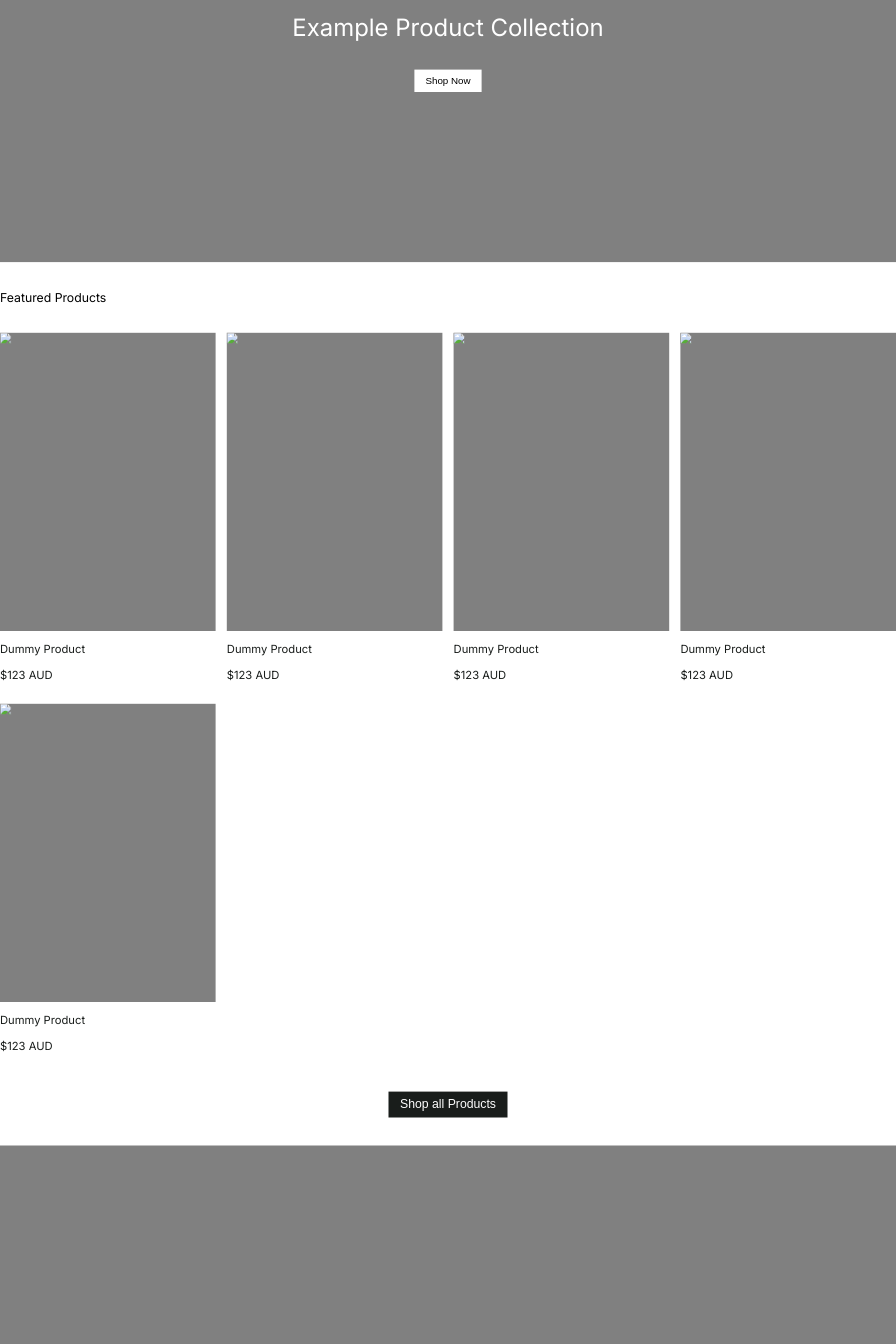
Repository: David-Waite/ecommercefrontendTemplate
Page: /
These files come from the project's save history. The page is drawn as it stood at one moment and after the next save; the edit follows.
The browser window is 1280 px wide. The pictures show the part of the page from y = 338 to 2258 px (the page is 2615 px tall), at 70% of full size.
The project was rebuilt for these pictures with package versions that can differ from the ones it lists, and the page was loaded fresh each time. The framework's server and built-in components were replaced by stand-ins that run in the browser. Also part of the build but not shown: next.config.js.

Above is the page before, as saved 2023-08-24 20:35:06.

### app/layout.js
import Nav from "./Components/Nav/Nav";
import "./globals.css";
import { Inter } from "next/font/google";

const inter = Inter({ subsets: ["latin"] });

export const metadata = {
  title: "Create Next App",
  description: "Generated by create next app",
};

export default function RootLayout({ children }) {
  return (
    <html lang="en">
      <body className={inter.className}>
        <Nav />
        {children}
      </body>
    </html>
  );
}

### app/page.js
import Image from "next/image";
import styles from "./page.module.css";
import Link from "next/link";
import PrimaryButton from "./Components/UI/PrimaryButton/PrimaryButton";
import ProductGrid from "./Components/UI/ProductsGrid/ProductGrid";
import ProductCard from "./Components/UI/ProductCard/ProductCard";

export default function Home() {
  const DUMMYFEATUREDPRODUCTS = [
    {
      id: "1",
      image: "",
      name: "Dummy Product",
      price: 123.0,
    },
    {
      id: "2",
      image: "",
      name: "Dummy Product",
      price: 123.0,
    },
    {
      id: "3",
      image: "",
      name: "Dummy Product",
      price: 123.0,
    },
    {
      id: "4",
      image: "",
      name: "Dummy Product",
      price: 123.0,
    },
    {
      id: "5",
      image: "",
      name: "Dummy Product",
      price: 123.0,
    },
  ];

  const featuredProducts = DUMMYFEATUREDPRODUCTS.map(
    ({ id, image, name, price }) => {
      return (
        <ProductCard
          key={id}
          image={image}
          name={name}
          price={price}
          id={id}
          fontSize={"var(--fontMinus1)"}
        />
      );
    }
  );
  return (
    <main className={styles.main}>
      <div className={styles.heroImage}>
        <h1>Example Product Collection</h1>
        <Link href={"#"}>
          <PrimaryButton text={"Shop Now"} />
        </Link>
      </div>

      <div className={styles.featuredProductsContainer}>
        <h2 className={styles.featuredProductHeading}>Featured Products</h2>
        <ProductGrid>{featuredProducts}</ProductGrid>
      </div>
      <div className={styles.shopAllProductsBtn}>
        <PrimaryButton
          text={"Shop all Products"}
          dark={true}
          fontSize={"var(--fontBase)"}
        />
      </div>

      <div className={styles.imageCollage}></div>
    </main>
  );
}

### app/Components/Nav/Nav.js
"use client";
import Link from "next/link";
import { useState } from "react";
import {
  PiMagnifyingGlassLight,
  PiBag,
  PiListLight,
  PiXLight,
} from "react-icons/pi";
import styles from "./Nav.module.css";

export default function Nav() {
  const [navOpen, setNavOpen] = useState(false);

  function toggleMenu() {
    setNavOpen((prev) => !prev);
  }
  return (
    <nav className={styles.nav}>
      <div className={styles.menu} onClick={toggleMenu}>
        {!navOpen && <PiListLight fontSize={24} />}
        {navOpen && <PiXLight fontSize={24} />}
      </div>

      <div className={styles.moblieMenu} style={{ width: !navOpen && "0" }}>
        <Link href="/">Home</Link>
        <Link href="#">Catalog</Link>
        <Link href="#">Contact</Link>
      </div>
      <div className={styles.linksContainer}>
        <Link className={styles.logo} href="/">
          Logo
        </Link>
        <div className={styles.pagesContainer}>
          <Link href="/">Home</Link>
          <Link href="#">Catalog</Link>
          <Link href="#">Contact</Link>
        </div>
      </div>
      <div className={styles.iconsContainer}>
        <Link href="#">
          <PiMagnifyingGlassLight fontSize={26} />
        </Link>
        <Link href="#">
          <PiBag fontSize={26} />
        </Link>
      </div>
    </nav>
  );
}

### app/globals.css
:root {
  --primary: ;
  --black: #191d1b;
  --background: #ffffff;
  --white: #ffffff;
  --grey: #606060;
  --hoverGrey: #c5c5c5;
  --error: #a83c23;
  --max-width: 1500px;
  --fontBase: 17.5px;
  --fontPlus1: 21.88px;
  --fontPlus2: 27.34px;
  --fontPlus3: 34.18px;
  --fontMinus1: 14px;
  --fontMinus2: 11.2px;
  --marginMax: 40px;
  --margin1000: 32px;
  --marginMobile: 16px;
}

* {
  padding: 0;
  margin: 0;
  box-sizing: border-box;
}

### app/page.module.css
.main {
  margin: 0px auto;
}
.heroImage {
  padding: 0px 40px;
  max-width: calc(var(--max-width) + 80px);
  width: 100%;
  height: 600px;
  background-color: grey;
  display: flex;
  gap: 40px;
  flex-direction: column;
  align-items: center;
  justify-content: center;
}

.heroImage h1 {
  font-size: var(--fontPlus3);
  font-weight: 400;
  color: white;
}

.featuredProductsContainer {
  margin: 40px 0;
  display: flex;
  flex-direction: column;
  gap: 40px;
}

.shopAllProductsBtn {
  display: flex;
  margin: 40px 0;
  justify-content: center;
}

.featuredProductHeading {
  font-size: var(--fontBase);
  font-weight: 400;
}

.imageCollage {
  height: 600px;

  width: 100%;

  left: 0;
  margin-bottom: 40px;
  background-color: grey;
}
@media (max-width: 1000px) {
  .main {
    padding: 0px var(--margin1000);
  }
}
@media (max-width: 768px) {
  .main {
    padding: 0px var(--marginMobile);
  }
}

### app/Components/UI/PrimaryButton/PrimaryButton.js
import styles from "./PrimaryButton.module.css";

export default function PrimaryButton({ text, fontSize, dark }) {
  return (
    <button
      className={`${styles.container} ${dark && styles.dark}`}
      style={{
        fontSize: fontSize,
      }}
    >
      {text}
    </button>
  );
}

### app/Components/UI/ProductsGrid/ProductGrid.js
import styles from "./ProductGrid.module.css";
export default function ProductGrid({ children }) {
  return <div className={styles.main}>{children}</div>;
}

### app/Components/UI/ProductCard/ProductCard.js
import Image from "next/image";
import Link from "next/link";
import styles from "./ProductCard.module.css";

export default function ProductCard({ image, name, price, id }) {
  return (
    <Link href={`/catalog/product${id}`} className={styles.main}>
      <div className={styles.imageContainer}>
        <Image src={image} fill={true} alt={name} />
      </div>
      <div className={styles.infoContainer}>
        <p className={styles.name}>{name}</p>
        <p className={styles.price}>${price} AUD</p>
      </div>
    </Link>
  );
}

### app/Components/Nav/Nav.module.css
.nav {
  display: flex;
  align-items: center;
  justify-content: space-between;
  margin: 0px auto;
  padding: 40px;
  max-width: calc(var(--max-width) + 80px);
  position: relative;
}

.linksContainer {
  display: flex;
  align-items: center;
  justify-content: center;
  gap: 40px;
}

.pagesContainer {
  display: flex;
  gap: 24px;
}

.pagesContainer {
  font-size: var(--fontMinus1);
}

.iconsContainer {
  display: flex;
  gap: 16px;
}
.nav a {
  text-decoration: none;
  color: var(--black);
}

.logo {
  font-size: var(--fontPlus2);
}
.moblieMenu {
  position: absolute;
  flex-direction: column;
  width: 400px;
  left: 0;
  top: 113px;
  height: calc(100vh - 113px);
  transition: 0.3s;
  overflow: hidden;
}
.moblieMenu a {
  padding: 16px 32px;
}

.moblieMenu a:hover {
  background-color: var(--hoverGrey);
}
.menu,
.moblieMenu {
  display: none;
}
@media (max-width: 1000px) {
  .nav {
    padding: 40px var(--margin1000);
  }
  .pagesContainer {
    display: none;
  }
  .menu {
    display: block;
  }
  .moblieMenu {
    display: flex;
  }
  .logo {
    margin-left: 42px;
  }
}
@media (max-width: 768px) {
  .nav {
    padding: 40px var(--marginMobile);
  }
  .moblieMenu {
    width: 90vw;
  }
}

### app/Components/UI/PrimaryButton/PrimaryButton.module.css
.container {
  background-color: var(--white);
  padding: 8px 16px;
  border: none;
  cursor: pointer;
  font-size: var(--fontMinus1);
}

.dark {
  background-color: var(--black);
  color: var(--white);
}

.container:hover {
  background-color: var(--hoverGrey);
}

### app/Components/UI/ProductsGrid/ProductGrid.module.css
.main {
  display: grid;
  grid-template-columns: repeat(5, 1fr);

  gap: 40px;
}

@media (max-width: 1500px) {
  .main {
    grid-template-columns: repeat(4, 1fr);
    gap: 16px;
  }
}

@media (max-width: 1000px) {
  .main {
    grid-template-columns: repeat(2, 1fr);
    gap: 32px;
  }
}

@media (max-width: 778px) {
  .main {
    gap: 8px;
  }
}

### app/Components/UI/ProductCard/ProductCard.module.css
.imageContainer {
  height: calc((((1500px - 160px) / 5) * 1.5));
  position: relative;
  /* (total view width / amount of padding total (container + total gap)) / amount of col - 3 * 2) */
  background-color: grey;
}

.main {
  text-decoration: none;
}

.infoContainer {
  display: flex;
  flex-direction: column;
  gap: 16px;
  margin: 16px 0;
  color: var(--black);
}

@media (max-width: 1500px) {
  .imageContainer {
    height: calc((100vw - 64px - (var(--marginMax) * 2)) / 4 * 1.5);
    /* (total view width / amount of padding total (container + total gap)) / amount of col - 3 * 2) */
  }
}

@media (max-width: 1000px) {
  .imageContainer {
    height: calc((100vw - 32px - (var(--margin1000) * 2)) / 2 * 1.5);
    /* (total view width / amount of padding total (container + total gap)) / amount of col - 3 * 2) */
  }
}

@media (max-width: 778) {
  .imageContainer {
    height: calc((100vw - 8px - (var(--marginMobile) * 2)) / 2 * 1.5);
    /* (total view width / amount of padding total (container + total gap)) / amount of col - 3 * 2) */
  }
}

After the next save:
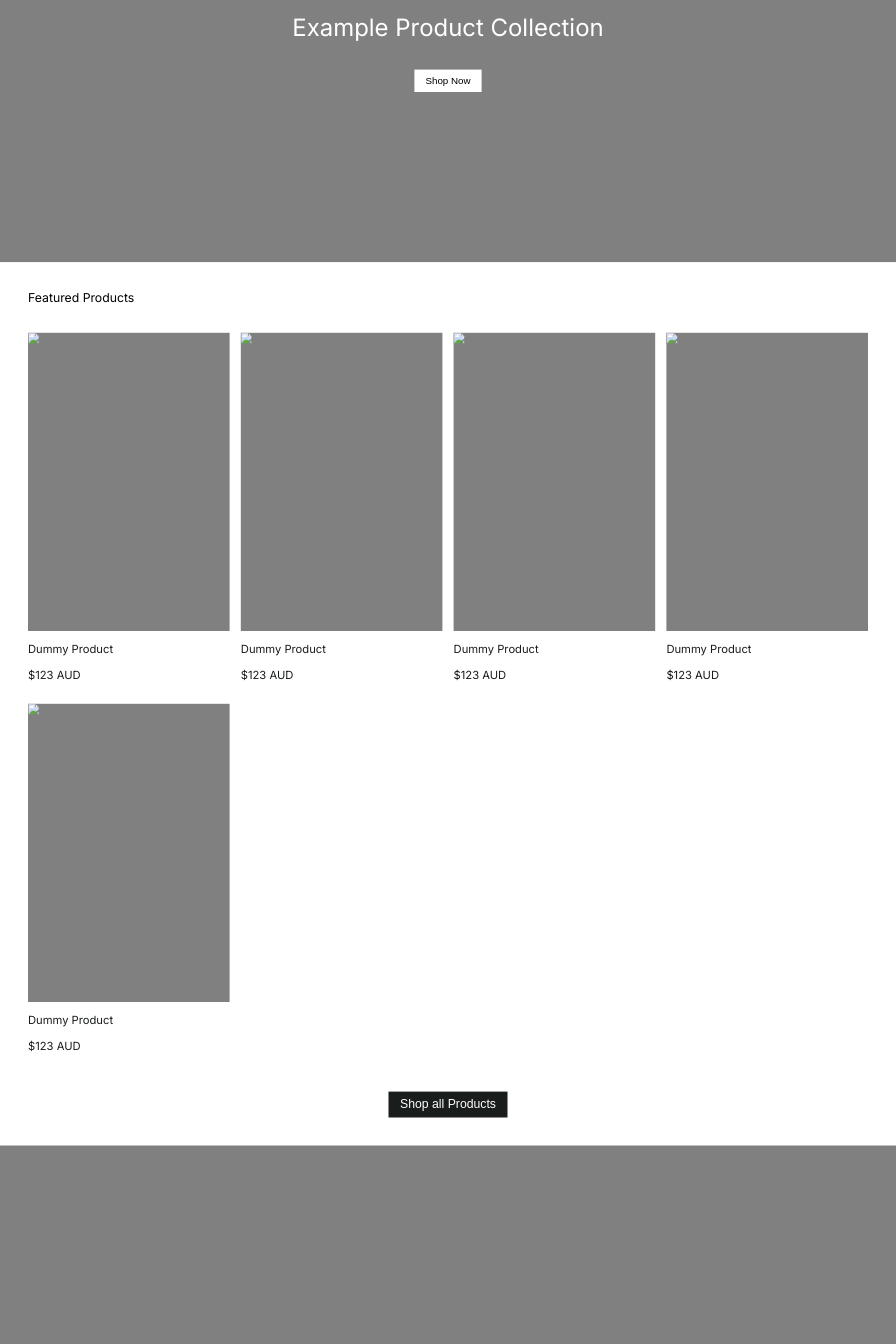
Saved 6 s later.
--- a/app/page.module.css
+++ b/app/page.module.css
@@ -21,6 +21,8 @@
 }
 
 .featuredProductsContainer {
+  padding: 0px 40px;
+  max-width: calc(var(--max-width) + 80px);
   margin: 40px 0;
   display: flex;
   flex-direction: column;

After the 3 saves that followed:
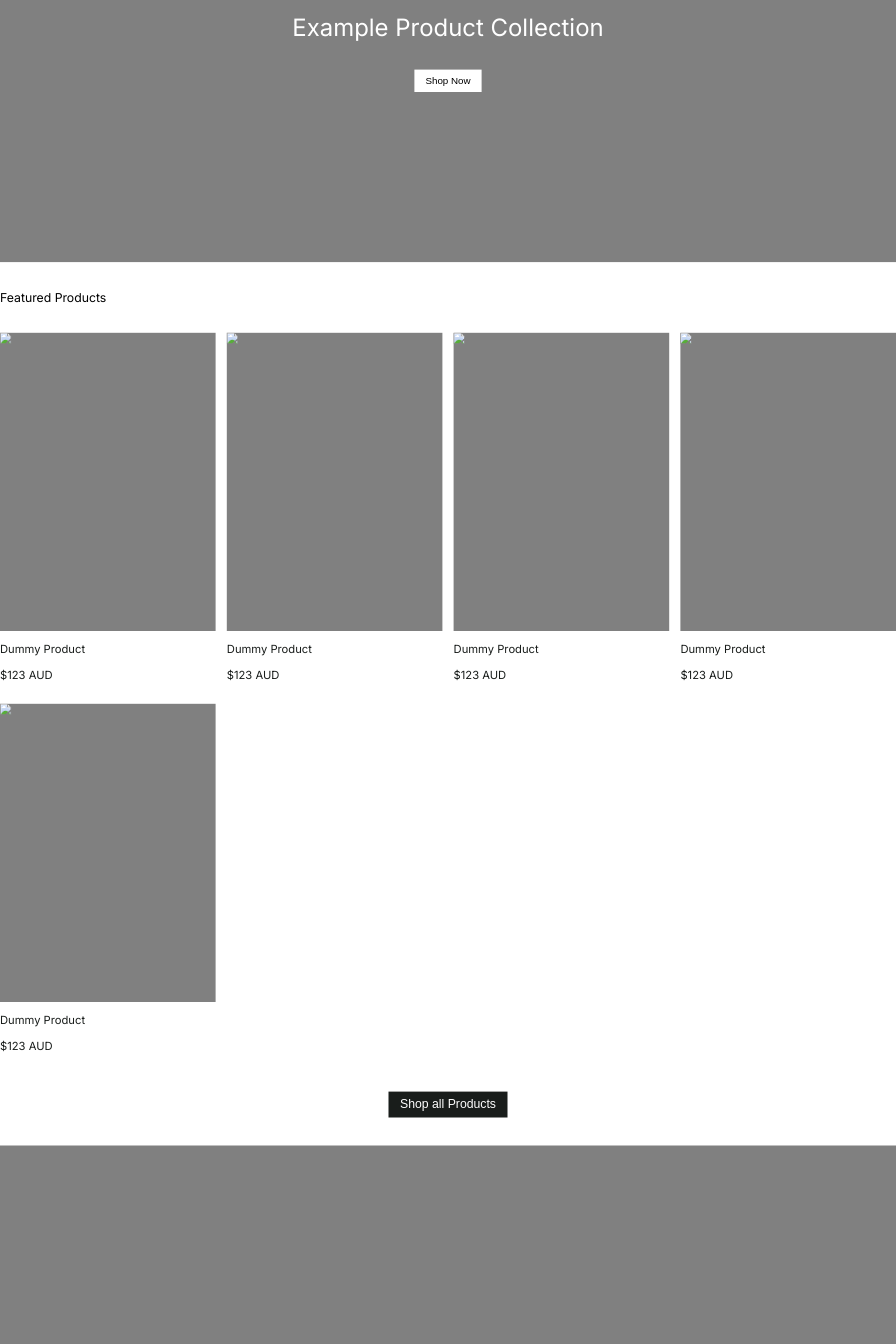
The 3 saves are shown as one change because 1 left the picture as it was and some came seconds apart.
The last was saved 24 s later.
--- a/app/page.module.css
+++ b/app/page.module.css
@@ -21,7 +21,7 @@
 }
 
 .featuredProductsContainer {
-  padding: 0px 40px;
+  padding: 0px 0px;
   max-width: calc(var(--max-width) + 80px);
   margin: 40px 0;
   display: flex;
